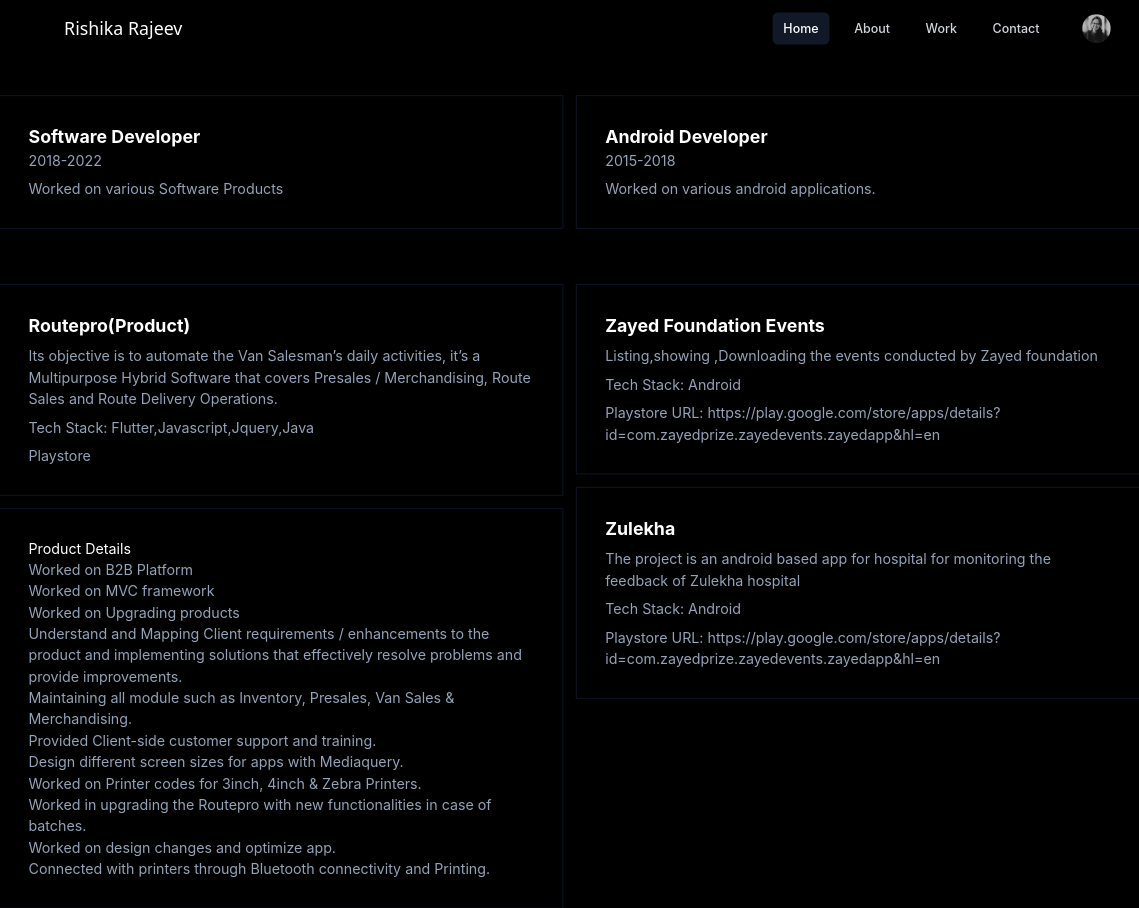
Repository: rishikarajeev/portfolio_rishika
Page: /work
These files come from the project's save history. The page is drawn as it stood at one moment and after a run of saves; the edit follows.
The browser window is 1280 px wide. The pictures show the whole page, at 89% of full size.
The project was rebuilt for these pictures with package versions that can differ from the ones it lists, and the page was loaded fresh each time. Also part of the build but not shown: src/Pages/Home.jsx, src/Pages/About.jsx, src/Pages/Contact.jsx.

Above is the page before, as saved 2023-10-23 18:58:28.

### src/Components/Nav/Nav.jsx
import React from 'react'

import img from '../../Images/profile.jpeg'

function Nav() {
  return (
    <div><nav class="dark:bg-black">
    <div class="mx-auto max-w-7xl px-2 sm:px-6 lg:px-8">
      <div class="relative flex h-16 items-center justify-between">
      <div class="absolute inset-y-0 left-7 flex items-center ">

      <a href="#" class=" text-white  px-3 py-2 text-xl font-medium font-sans" aria-current="page">Rishika Rajeev</a>
        </div>
        <div class="absolute inset-y-0 left-0 flex items-center sm:hidden">

          <button type="button" class="relative inline-flex items-center justify-center rounded-md p-2 text-gray-400 hover:bg-gray-700 hover:text-white focus:outline-none focus:ring-2 focus:ring-inset focus:ring-white" aria-controls="mobile-menu" aria-expanded="false">
            <span class="absolute -inset-0.5"></span>
            <span class="sr-only">Open main menu</span>

            <svg class="block h-6 w-6" fill="none" viewBox="0 0 24 24" stroke-width="1.5" stroke="currentColor" aria-hidden="true">
              <path stroke-linecap="round" stroke-linejoin="round" d="M3.75 6.75h16.5M3.75 12h16.5m-16.5 5.25h16.5" />
            </svg>

            <svg class="hidden h-6 w-6" fill="none" viewBox="0 0 24 24" stroke-width="1.5" stroke="currentColor" aria-hidden="true">
              <path stroke-linecap="round" stroke-linejoin="round" d="M6 18L18 6M6 6l12 12" />
            </svg>
          </button>
        </div>
        <div class="flex flex-1 items-center justify-end sm:items-stretch sm:justify-end">
          {/* <div class="flex flex-shrink-0 items-center">
            <img class="h-8 w-auto" src="https://tailwindui.com/img/logos/mark.svg?color=indigo&shade=500" alt="Your Company"/>
          </div> */}
          <div class="hidden sm:ml-6 sm:block ">
            <div class="flex space-x-4 ">

              <a href="/" class="bg-gray-900 text-white rounded-md px-3 py-2 text-sm font-medium" >Home</a>
              <a href="/about" class="text-gray-300 hover:bg-gray-700 hover:text-white rounded-md px-3 py-2 text-sm font-medium">About</a>
              <a href="/work" class="text-gray-300 hover:bg-gray-700 hover:text-white rounded-md px-3 py-2 text-sm font-medium">Work</a>
              <a href="/contact" class="text-gray-300 hover:bg-gray-700 hover:text-white rounded-md px-3 py-2 text-sm font-medium">Contact</a>
            </div>
          </div>
        </div>
        <div class="absolute inset-y-0 right-0 flex items-center pr-2 sm:static sm:inset-auto sm:ml-6 sm:pr-0">
          {/* <button type="button" class="relative rounded-full bg-gray-800 p-1 text-gray-400 hover:text-white focus:outline-none focus:ring-2 focus:ring-white focus:ring-offset-2 focus:ring-offset-gray-800">
            <span class="absolute -inset-1.5"></span>
            <span class="sr-only">View notifications</span>
            <svg class="h-6 w-6" fill="none" viewBox="0 0 24 24" stroke-width="1.5" stroke="currentColor" aria-hidden="true">
              <path stroke-linecap="round" stroke-linejoin="round" d="M14.857 17.082a23.848 23.848 0 005.454-1.31A8.967 8.967 0 0118 9.75v-.7V9A6 6 0 006 9v.75a8.967 8.967 0 01-2.312 6.022c1.733.64 3.56 1.085 5.455 1.31m5.714 0a24.255 24.255 0 01-5.714 0m5.714 0a3 3 0 11-5.714 0" />
            </svg>
          </button> */}


          <div class="relative ml-3">
            <div>
              <button type="button" class="relative flex rounded-full bg-gray-800 text-sm focus:outline-none focus:ring-2 focus:ring-white focus:ring-offset-2 focus:ring-offset-gray-800" id="user-menu-button" aria-expanded="false" aria-haspopup="true">
                <span class="absolute -inset-1.5"></span>
                <span class="sr-only">Open user menu</span>
                <img class="h-8 w-8 rounded-full" src={img} alt=""/>
              </button>
            </div>

          </div>
        </div>
      </div>
    </div>


    <div class="sm:hidden" id="mobile-menu">
      <div class="space-y-1 px-2 pb-3 pt-2">

        <a href="/" class="bg-gray-900 text-white block rounded-md px-3 py-2 text-base font-medium" aria-current="page">Home</a>
        <a href="/about" class="text-gray-300 hover:bg-gray-700 hover:text-white block rounded-md px-3 py-2 text-base font-medium">About</a>
        <a href="/work" class="text-gray-300 hover:bg-gray-700 hover:text-white block rounded-md px-3 py-2 text-base font-medium">Work</a>
        <a href="/contact" class="text-gray-300 hover:bg-gray-700 hover:text-white block rounded-md px-3 py-2 text-base font-medium">Contact</a>
      </div>
    </div>
  </nav>
  </div>
  )
}

export default Nav

### src/Pages/Mywork.jsx
import React from "react";
import Work from "../Components/Work";
import Project from "../Components/Project";
import Nav from "../Components/Nav/Nav";

function Mywork() {
  return (
    <div class="dark md:bg-black ">
      <Nav />

      <div>
        {" "}
        <div className="container mx-auto  dark dark:bg-black">
          <h2 className="text-3xl font-bold mb-2 ">Work Experience</h2>

          <div class="grid grid-cols-1 md:grid-cols-2 gap-4 dark dark:bg-black">
            <div className="dark md:bg-black">
              <Work
                title="Software Developer"
                description="Worked on various Software Products"
                year="2018-2022"
              />
              <h2 className="text-3xl font-bold mt-6 mb-1">Projects</h2>
              <Project
                title="Routepro(Product)"
                description=" Its objective is to automate the Van Salesman’s daily activities, it’s a Multipurpose Hybrid Software that covers Presales / Merchandising, Route Sales and Route Delivery Operations."
                techStack="Flutter,Javascript,Jquery,Java"
              />
              <div className="dark:text-slate-400 ring-1 ring-slate-900 max-w-2xl p-8 dark dark:bg-black">
                <h2 className="text-white"> Product Details</h2>
                <ul>
                  <li>Worked on B2B Platform</li>
                  <li>Worked on MVC framework</li>
                  <li>Worked on Upgrading products </li>
                  <li>
                    Understand and Mapping Client requirements / enhancements to
                    the product and implementing solutions that effectively
                    resolve problems and provide improvements.
                  </li>
                  <li>
                    Maintaining all module such as Inventory, Presales, Van
                    Sales & Merchandising.
                  </li>
                  <li>Provided Client-side customer support and training.</li>
                  <li>
                    Design different screen sizes for apps with Mediaquery.
                  </li>
                  <li>
                    Worked on Printer codes for 3inch, 4inch & Zebra Printers.
                  </li>
                  <li>
                    Worked in upgrading the Routepro with new functionalities in
                    case of batches.
                  </li>
                  <li>Worked on design changes and optimize app.</li>
                  <li>
                    Connected with printers through Bluetooth connectivity and
                    Printing.
                  </li>
                </ul>
              </div>
            </div>
            <div>
            <Work
                title="Android Developer"
                description="Worked on various android applications."
                year="2015-2018"
              />
              <h2 className="text-3xl font-bold mt-6 mb-1">Projects</h2>
              <Project
                title="Zayed Foundation Events"
                description=" Listing,showing ,Downloading the events conducted by Zayed foundation"
                techStack="Android"
                Playstore=" URL: https://play.google.com/store/apps/details?id=com.zayedprize.zayedevents.zayedapp&hl=en"
              />
                  <Project
                title="Zulekha"
                description=" The project is an android based app for hospital for monitoring the feedback of Zulekha hospital"
                techStack="Android"
                Playstore=" URL: https://play.google.com/store/apps/details?id=com.zayedprize.zayedevents.zayedapp&hl=en"
              />
               <ul>
                            <li>Listing the events conducted by Zayed foundation</li>
                            <li>Showing Live events.</li>
                                <li>	Downloading and viewing files.</li>
                                    <li>	Integrated Google Map & Facebook</li>
                                        <li>	Implemented Calendar with Marked Events.</li>
                                            <li>	Playstore URL: https://play.google.com/store/apps/details?id=com.zayedprize.zayedevents.zayedapp&hl=en</li>

                        </ul>
            </div>
          </div>
        </div>
      </div>
    </div>
  );
}

export default Mywork;

### src/Components/Work.jsx
import React from 'react';

const Work = ({ title, description, year }) => {
  return (
    <div className="mb-4 ring-1 ring-slate-900 max-w-2xl p-8 dark md:bg-black">
      <h3 className="text-xl font-bold text-white">{title}</h3>
      <p className="dark:text-slate-400">{year}</p>
      <p className="mt-2 dark:text-slate-400">{description}</p>
    </div>
  );
};

export default Work;

### src/Components/Project.jsx
import React from 'react';

const Project = ({ title, description, techStack,Playstore }) => {
  return (
    <div className="mb-4 ring-1 ring-slate-900 max-w-2xl p-8 dark md:bg-black">
      <h3 className="text-xl font-bold text-white">{title}</h3>
      <p className="mt-2 dark:text-slate-400">{description}</p>
      <p className="mt-2 dark:text-slate-400">Tech Stack: {techStack}</p>
      <p className="mt-2 dark:text-slate-400">Playstore {Playstore}</p>
    </div>
  );
};

export default Project;

### tailwind.config.js
/** @type {import('tailwindcss').Config} */
module.exports = {
  content: ["./src/**/*.{html,js,jsx}"],
  theme: {
    extend: {},
  },
  darkMode: 'class',
  plugins: [],
}

Loaded but not shown: public/index.html (common file); src/index.js (common file); src/index.css (common file); src/App.js (common file); src/reportWebVitals.js (common file); src/App.css (common file)

After the next 2 saves:
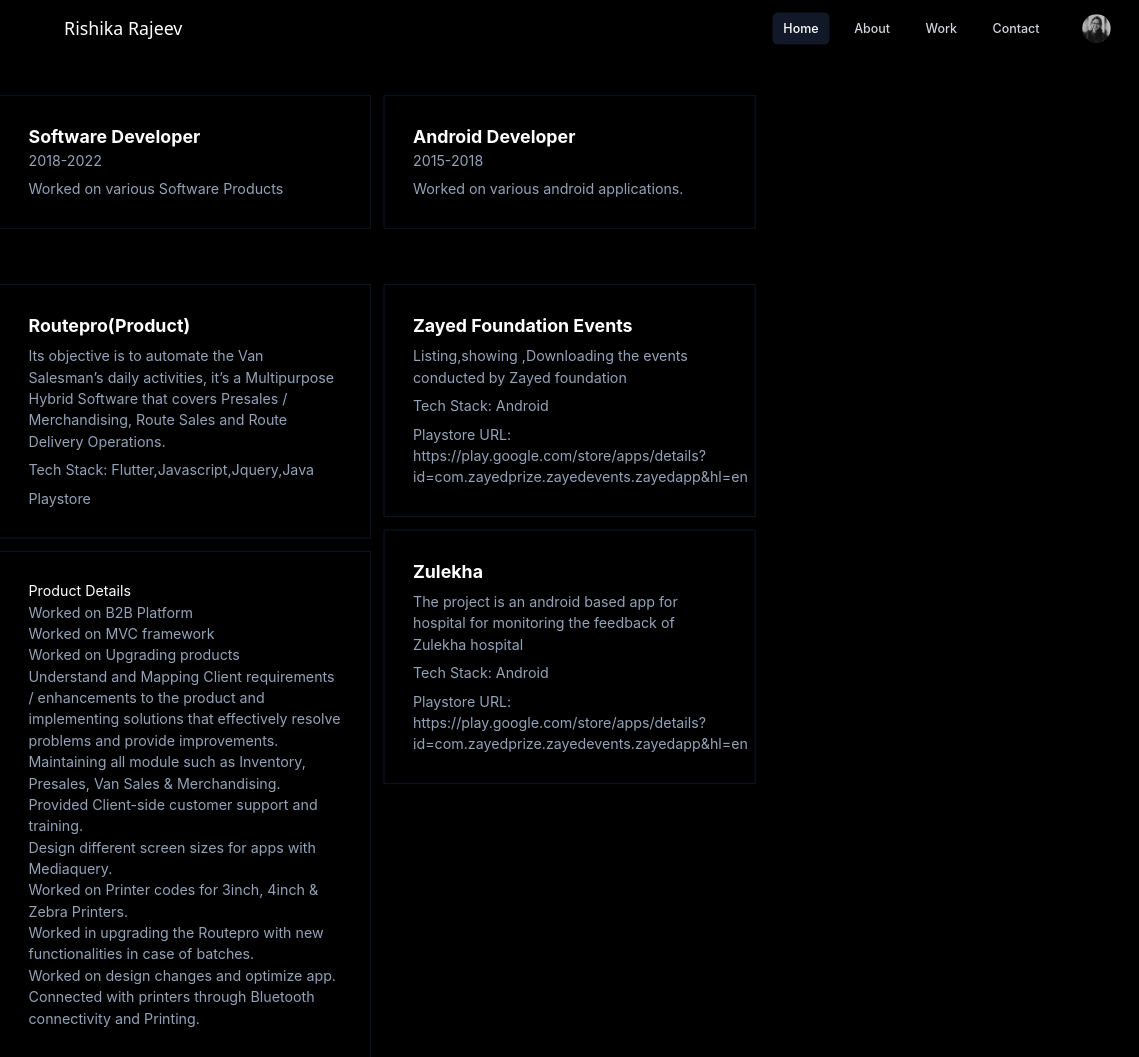
The 2 saves are shown as one change because they came seconds apart.
The last was saved 49 s later.
--- a/src/Pages/Mywork.jsx
+++ b/src/Pages/Mywork.jsx
@@ -13,7 +13,7 @@ function Mywork() {
         <div className="container mx-auto  dark dark:bg-black">
           <h2 className="text-3xl font-bold mb-2 ">Work Experience</h2>
 
-          <div class="grid grid-cols-1 md:grid-cols-2 gap-4 dark dark:bg-black">
+          <div class="grid grid-cols-1 md:grid-cols-3 gap-4 dark dark:bg-black">
             <div className="dark md:bg-black">
               <Work
                 title="Software Developer"
